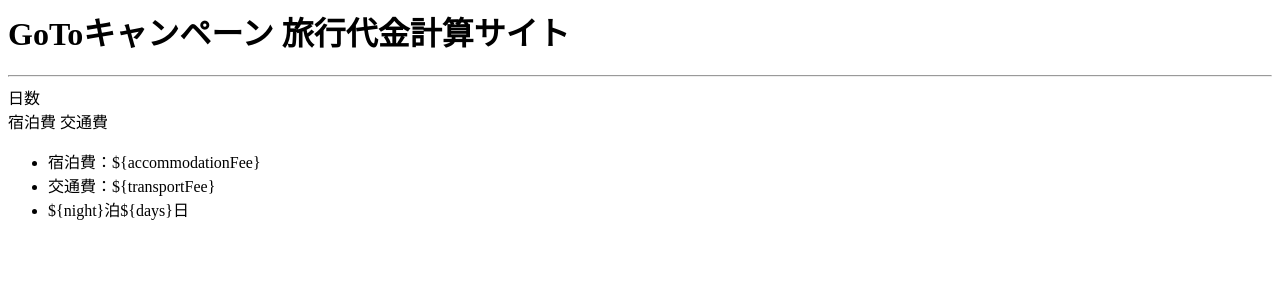
Repository: Ischca/ischca.github.io
Page: src/my-app.html
An editor plug-in stored every save of this project. The page is shown before and after the next save, followed by the edit.
The browser window is 1280 px wide. The pictures show the whole page.

Above is the page before, as saved 2020-10-02 15:00:46.

### src/my-app.html
<div class="container">

    <div class="row">
        <h1 class="text-center">GoToキャンペーン 旅行代金計算サイト</h1>
    </div>

    <hr />

    <div class="row justify-content-center">
        <label for="staticEmail" class="col-sm-auto col-form-label">日数</label>
        <div class="col-sm-2">
            <num-selector num.bind="night" suffix.bind="'泊'"></num-selector>
        </div>

        <div class="col-sm-2">
            <num-selector num.bind="days" suffix.bind="'日'"></num-selector>
        </div>
    </div>

    宿泊費<num-selector num.bind="accommodationFee" suffix.bind="'泊'"></num-selector>

    交通費<num-selector num.bind="transportFee" suffix.bind="'泊'"></num-selector>

    <div id="result">
        <ul>
            <li>
                宿泊費：${accommodationFee}
            </li>
            <li>
                交通費：${transportFee}
            </li>
            <li>
                ${night}泊${days}日
            </li>
        </ul>
    </div>
</div>

After the next save:
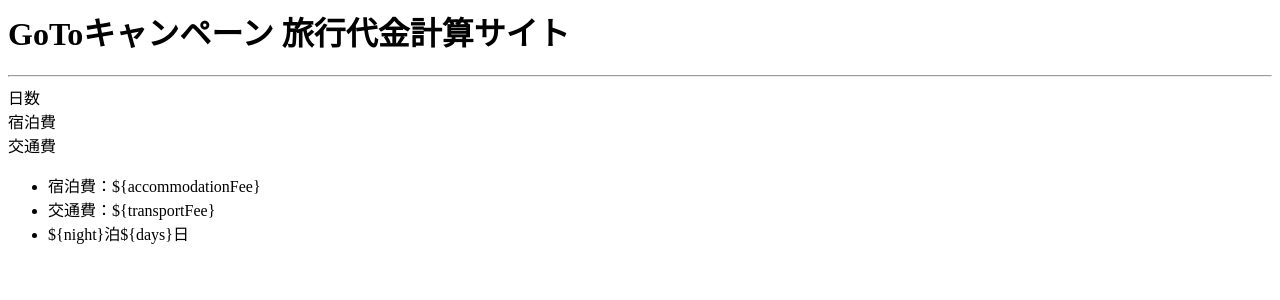
Saved 52 s later.
--- a/src/my-app.html
+++ b/src/my-app.html
@@ -17,7 +17,10 @@
         </div>
     </div>
 
-    宿泊費<num-selector num.bind="accommodationFee" suffix.bind="'泊'"></num-selector>
+    <div class="row justify-content-center">
+        <label for="staticEmail" class="col-sm-auto col-form-label">宿泊費</label>
+            <num-selector num.bind="accommodationFee" suffix.bind="'泊'"></num-selector>
+</div>
 
     交通費<num-selector num.bind="transportFee" suffix.bind="'泊'"></num-selector>
 
